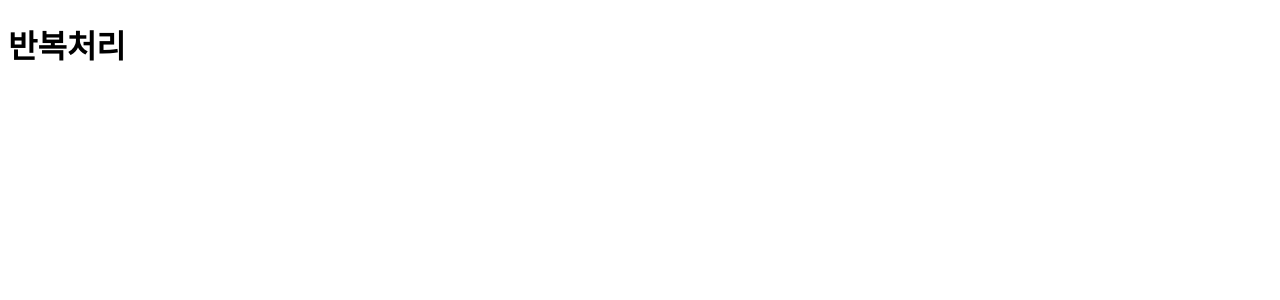
Repository: Sookyeong0505/web_server_workspace
Page: http://localhost/hello-web/jsp/loop.jsp
An editor plug-in stored every save of this project. The page is shown before and after a run of saves, followed by the edit.
The browser window is 1280 px wide. The pictures show the whole page.
The page is served by Tomcat 9.

Above is the page before, as saved 2023-06-20 06:39:04.

After the next 3 saves:
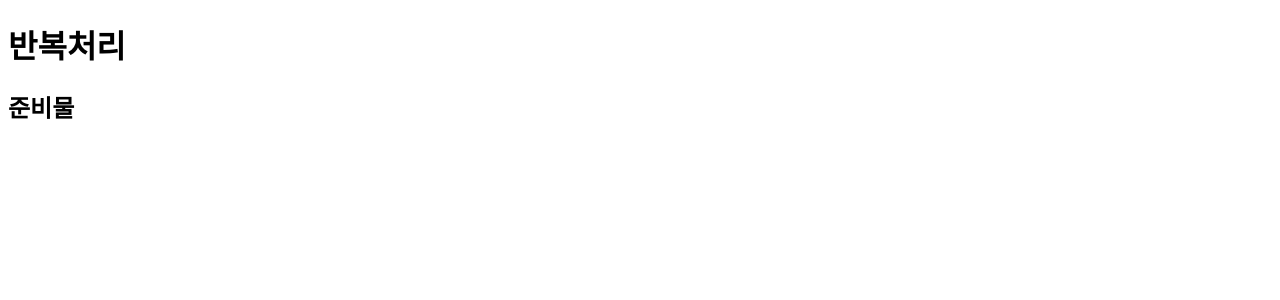
The 3 saves are shown as one change because 2 did not build or start.
The last was saved 2 min 7 s later.
--- a/hello-web/src/main/webapp/jsp/loop.jsp
+++ b/hello-web/src/main/webapp/jsp/loop.jsp
@@ -5,8 +5,6 @@
 <%
 	List<String> items = Arrays.asList("수영복", "수경", "수영모");
 %>
-<% %>
-
 <!DOCTYPE html>
 <html>
 <head>
@@ -16,5 +14,15 @@
 <body>
 	<h1>반복처리</h1>
 
+	<h2>준비물</h2>
+	<ul>
+<%
+	for(String item : items) {
+
+	}
+
+%>
+	</ul>
+
 </body>
 </html>
